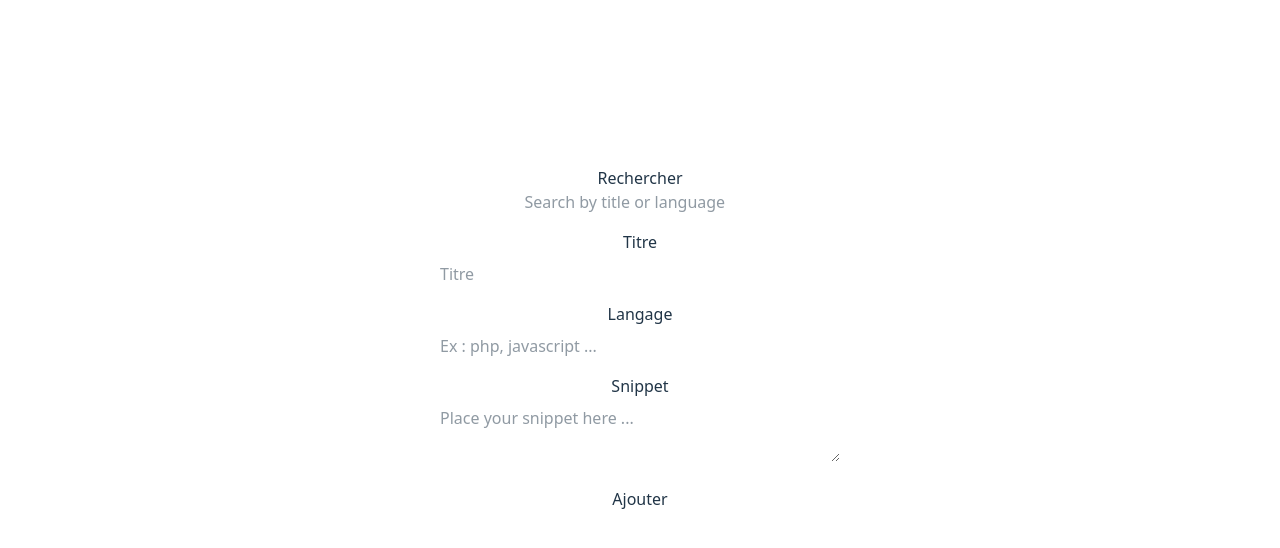
Repository: gdudekdev/mini-react-project
Page: /
The author's editor kept a copy of each file at every save. The page is drawn from the files as they stood at one save, then again after a run of saves.
The browser window is 1280 px wide. The pictures show the whole page.
The project was rebuilt for these pictures with package versions that can differ from the ones it lists, and the page was loaded fresh each time. Also part of the build but not shown: vite.config.js, src/components/Snippet.tsx.

Above is the page before, as saved 2025-07-11 10:17:43.

After the next 2 saves:
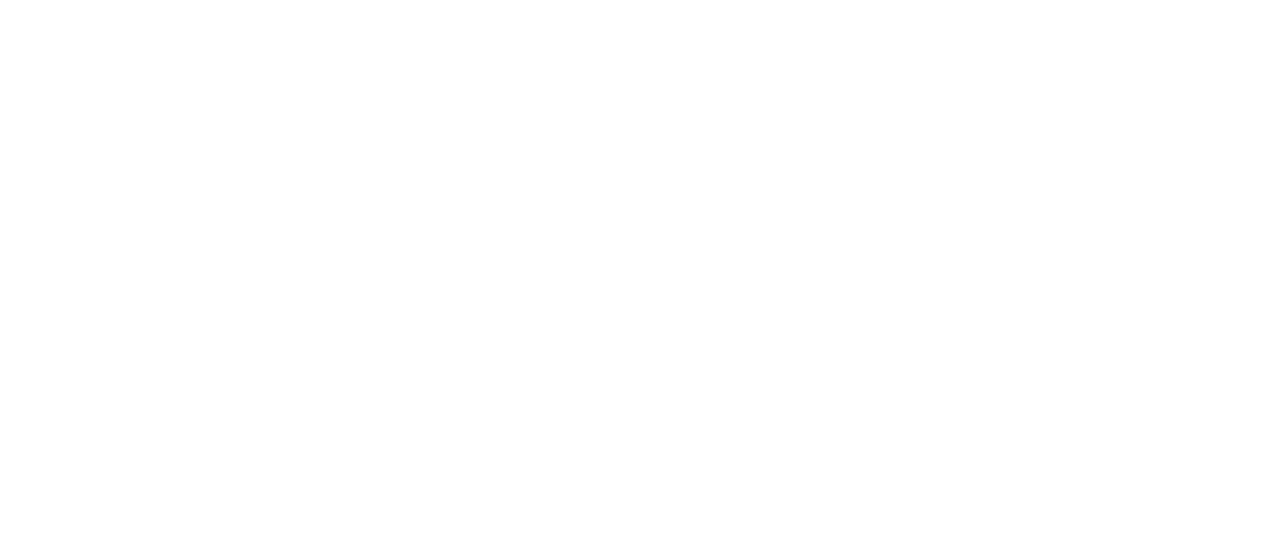
Console error: ReferenceError: useFilter is not defined
The 2 saves are shown as one change because 1 did not build or start.
The last was saved 25 s later.
--- a/src/components/SnippetList.jsx
+++ b/src/components/SnippetList.jsx
@@ -3,6 +3,7 @@ import { useSnippets } from "../context/useSnippets";
 
 export default function SnippetList() {
   const { snippets } = useSnippets();
+  const { keyword } = useFilter();
   const filteredSnippet = snippets.filter(
     (snippet) =>
       snippet.title.trim().toLowerCase().contains(keyword.toLowerCase()) ||

After the save that followed:
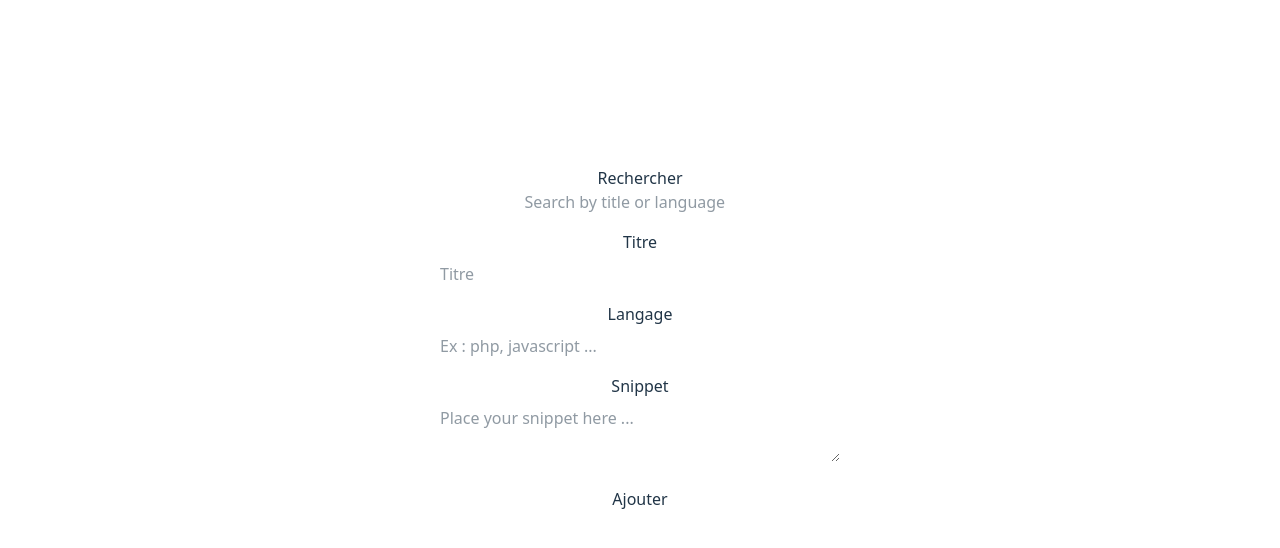
The error is gone.
Saved 8 s later.
--- a/src/components/SnippetList.jsx
+++ b/src/components/SnippetList.jsx
@@ -1,5 +1,6 @@
 import Snippet from "./Snippet";
 import { useSnippets } from "../context/useSnippets";
+import { useFilter } from "../context/useFilter";
 
 export default function SnippetList() {
   const { snippets } = useSnippets();
